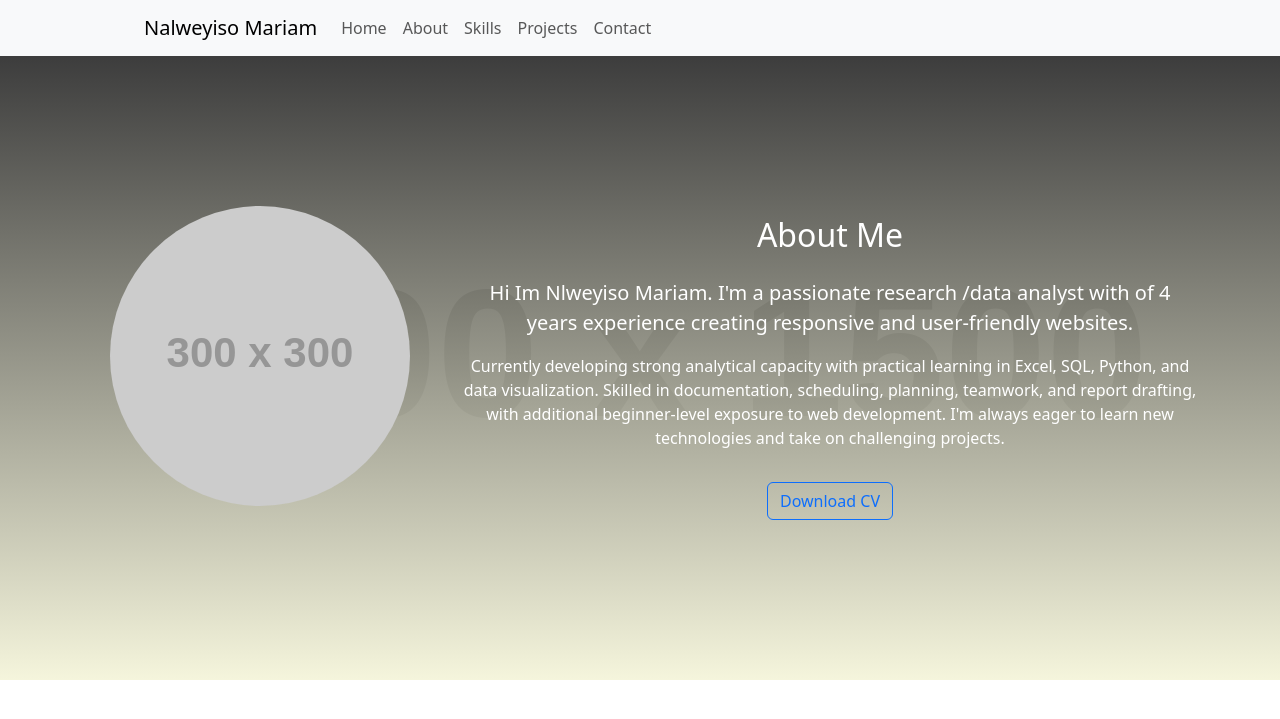
Repository: NalweMari/My-Personal-Portfolio
Page: index.html
An editor plug-in stored every save of this project. The page is shown before and after a run of saves, followed by the edit.
The browser window is 1280 px wide. The pictures show the whole page.

Above is the page before, as saved 2025-11-27 12:47:05.
Console error (its wording comes from the project's code and is left out).

### index.html
<!DOCTYPE html>
<html lang="en">

<head>
    <meta charset="UTF-8">
    <meta name="viewport" content="width=device-width, initial-scale=1.0">
    <title>My Portfolio</title>
    <link rel="stylesheet" href="style.css">
    <!-- Bootstrap CSS -->
    <link href="https://cdn.jsdelivr.net/npm/bootstrap@5.3.0/dist/css/bootstrap.min.css" rel="stylesheet">
    <!-- Font Awesome for icons -->
    <link rel="stylesheet" href="https://cdnjs.cloudflare.com/ajax/libs/font-awesome/6.4.0/css/all.min.css">

</head>

<body>
    <!-- Navigation -->

    <nav class="navbar navbar-expand-lg navbar-light bg-light pink">
        <div class="container me-2">
            <a class="navbar-brand" href="#">Nalweyiso Mariam</a> <button class="navbar-toggler" type="button" data- 6
                toggle="collapse" data-target="#navbarNav" aria-controls="navbarNav" aria-expanded="false"
                aria-label="Toggle navigation"> <span class="navbar-toggler-icon"></span> </button>
            <div class="collapse navbar-collapse" id="navbarNav">
                <ul class="navbar-nav">
                    <a class="nav-link" href="#">Home</a>
                    </li>
                    <li class="nav-item">
                        <a class="nav-link" href="#">About</a>
                    </li>
                    <li class="nav-item">
                        <a class="nav-link" href="#">Skills</a>
                    </li>
                    <li class="nav-item">
                        <a class="nav-link" href="#">Projects</a>
                    </li>
                    <li class="nav-item">
                        <a class="nav-link" href="#">Contact</a>
                    <li class="nav-item active">
                </ul>
            </div>
        </div>
    </nav>

    <!-- Hero Section -->

    <section id="home" class="hero-section text-center">
        <div class="container">
            <div class="row align-items-center">
                <div class="col-md-4 text-center mb-4">
                    <img src="https://via.placeholder.com/300" alt="Profile" class="img-fluid rounded-circle">
                </div>
                <div class="col-md-8">
                    <h2 class="mb-4">About Me</h2>
                    <p class="lead">Hi Im Nlweyiso Mariam. I'm a passionate research /data analyst with of 4 years
                        experience creating responsive and user-friendly websites.</p>
                    <p>Currently developing strong analytical capacity with practical learning in Excel, SQL, Python,
                        and data visualization. Skilled in documentation, scheduling, planning, teamwork, and report
                        drafting, with additional beginner-level exposure to web development. I'm always eager to learn
                        new technologies and take on challenging projects.</p>
                    <a href="#" class="btn btn-outline-primary mt-3">Download CV</a>
                </div>
            </div>
        </div>
        <script src="https://stackpath.bootstrapcdn.com/bootstrap/4.5.2/js/bootstrap.min.js"></script>
</body>

</html>

### Style.css
.hero-section {
  background: linear-gradient(rgba(0, 0, 0, 0.7), beige),
    url("https://via.placeholder.com/1500") center/cover no-repeat;
  color: white;
  padding: 150px 0;
}
.skill-bar {
  height: 20px;
  background-color: #e9ecef;
  border-radius: 5px;
  margin-bottom: 15px;
}
.skill-progress {
  height: 100%;
  border-radius: 5px;
  background-color: #0d6efd;
}
.project-card {
  transition: transform 0.3s;
}
.project-card:hover {
  transform: translateY(-5px);
}

After the next 4 saves:
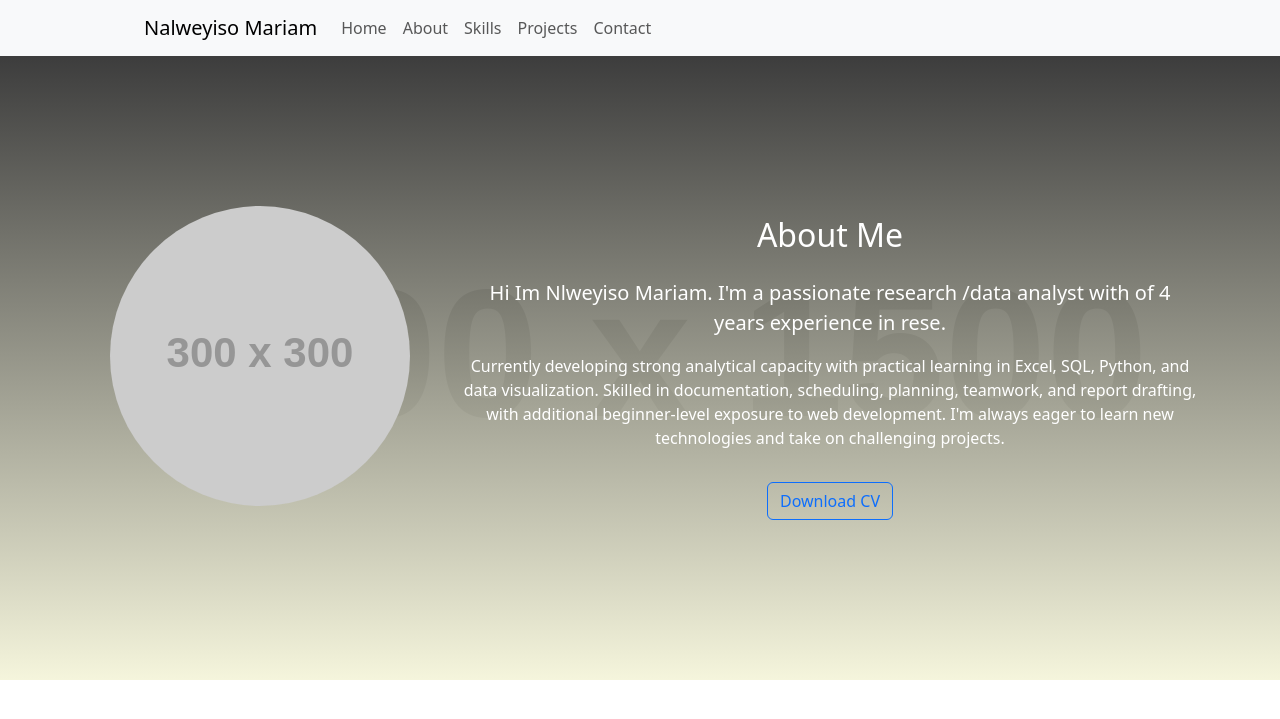
The 4 saves are shown as one change because they came seconds apart.
The last was saved 33 s later.
--- a/index.html
+++ b/index.html
@@ -53,7 +53,7 @@
                 <div class="col-md-8">
                     <h2 class="mb-4">About Me</h2>
                     <p class="lead">Hi Im Nlweyiso Mariam. I'm a passionate research /data analyst with of 4 years
-                        experience creating responsive and user-friendly websites.</p>
+                        experience in rese.</p>
                     <p>Currently developing strong analytical capacity with practical learning in Excel, SQL, Python,
                         and data visualization. Skilled in documentation, scheduling, planning, teamwork, and report
                         drafting, with additional beginner-level exposure to web development. I'm always eager to learn
